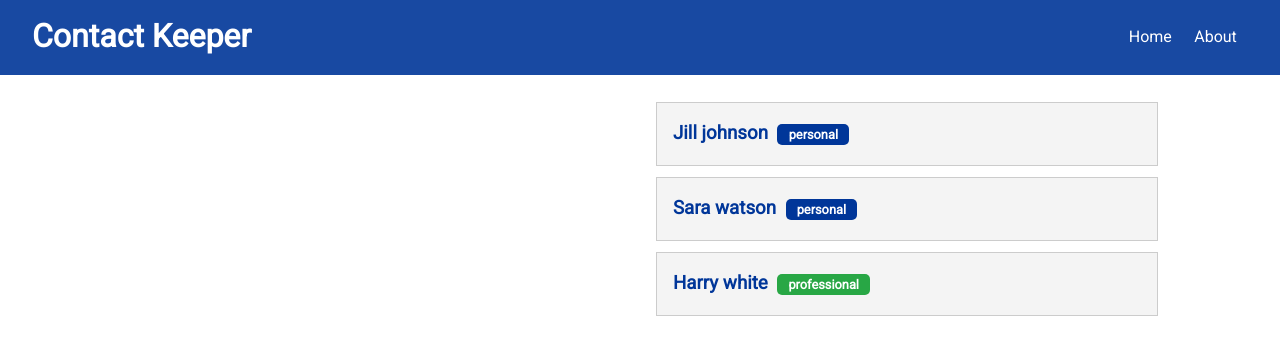
Repository: Izzazkhan/ContactStorage
Page: / (app in client/)
An editor plug-in stored every save of this project. The page is shown before and after the next save, followed by the edit.
The browser window is 1280 px wide. The pictures show the whole page.
The project was rebuilt for these pictures with package versions that can differ from the ones it lists, and the page was loaded fresh each time. A package was used in the major version that the imports need, not the one package.json lists. Also part of the build but not shown: client/src/components/pages/About.js.

Above is the page before, as saved 2020-01-21 09:28:24.

### client/public/index.html
<!DOCTYPE html>
<html lang="en">
  <head>
    <meta charset="utf-8" />
    <link rel="icon" href="%PUBLIC_URL%/favicon.ico" />
    <meta name="viewport" content="width=device-width, initial-scale=1" />
    <meta name="theme-color" content="#000000" />
    <meta
      name="description"
      content="Web site created using create-react-app"
    />
    <link rel="apple-touch-icon" href="%PUBLIC_URL%/logo192.png" />
    <link rel="manifest" href="%PUBLIC_URL%/manifest.json" />
    <title>ContactKeeper | Keep track of your contacts</title>
  </head>
  <body>
    <noscript>You need to enable JavaScript to run this app.</noscript>
    <div id="root"></div>
  </body>
</html>

### client/src/App.js
import React, {Fragment} from 'react';
import {BrowserRouter as Router, Route, Switch} from 'react-router-dom'
import Navbar from './components/layout/Navbar'
import Home from './components/pages/Home'
import About from './components/pages/About'

import ContactState from './context/contact/ContactState'
import './App.css';

const App = () => {
  return (
    <ContactState>
      <Router>
        <Fragment>
        <Navbar />
          <div className="container">
            <Switch>
              <Route exact path='/' component={Home} />
              <Route exact path='/about' component={About} />
            </Switch>
          </div>
        </Fragment>
      </Router>
    </ContactState>
  );
}

export default App;

### client/src/components/layout/Navbar.js
import React from 'react'
import PropTypes from 'prop-types';
import {Link} from 'react-router-dom'
const Navbar = ({ title, icon }) => {
    return (
        <div className="navbar bg-primary">
            <h1>
                <i className={icon} /> {title}
            </h1>
            <ul>
                <li>
                    <Link to='/'>Home</Link>
                </li>
                <li>
                    <Link to='/about'>About</Link>
                </li>
            </ul>
        </div>
    )
}

Navbar.propTypes = {
    title: PropTypes.string.isRequired,
    icon: PropTypes.string,
}

Navbar.defaultProps = {
    title: 'Contact Keeper',
    icon: 'fas fa-id-card-alt'
}
export default Navbar

### client/src/components/pages/Home.js
import React from 'react'
import Contacts from '../contacts/Contacts'

export const Home = () => {
    return (
        <div className="grid-2">
            <div>
                {/* ContactForm */}
            </div>
            <div>
                <Contacts />
            </div>
        </div>
    )
}
export default Home

### client/src/context/contact/ContactState.js
import React, {useReducer} from 'react'
import uuid from 'uuid'
import ContactContext from './contactContext'
import contactReducer from './contactReducer'
import {
    ADD_CONTACT,
    DELETE_CONTACT,
    SET_CURRENT,
    CLEAR_CURRENT,
    UPDATE_CONTACT,
    FILTER_CONTACTS,
    CLEAR_FILTER
} from '../types'

const ContactState = props => {
    const initialState = {
        contacts: [
            {
                id: 1,
                name: 'Jill johnson',
                email: 'jill@gmail.com',
                phone: '111-111-1111',
                type: 'personal'
            },
            {
                id: 2,
                name: 'Sara watson',
                email: 'sara@gmail.com',
                phone: '222-222-2222',
                type: 'personal'
            },
            {
                id: 3,
                name: 'Harry white',
                email: 'harry@gmail.com',
                phone: '333-333-3333',
                type: 'professional'
            }
        ]
    }

    const [state, dispatch] = useReducer(contactReducer, initialState)

    return (
        <ContactContext.Provider
        value={{
            contacts: state.contacts
        }}>
            {props.children}
        </ContactContext.Provider>
    )
}

export default ContactState

### client/src/components/contacts/Contacts.js
import React, {Fragment, useContext} from 'react'
import ContactItem from './ContactItem'
import ContactContext from '../../context/contact/contactContext'
const Contacts = () => {
    const contactContext = useContext(ContactContext);

    const {contacts} = contactContext
    return (
        <Fragment>
            {contacts.map(contact => <ContactItem key={contact.id} contact={contact} />
            )}
        </Fragment>
    )
}
export default Contacts

### client/src/context/contact/contactContext.js
import {createContext } from 'react'

const contactContext = createContext()

export default contactContext

### client/src/context/types.js
export const ADD_CONTACT = 'ADD_CONTACT'
export const DELETE_CONTACT = 'DELETE_CONTACT'
export const SET_CURRENT = 'SET_CURRENT'
export const CLEAR_CURRENT = 'CLEAR_CURRENT'
export const UPDATE_CONTACT = 'UPDATE_CONTACT'
export const CLEAR_FILTER = 'CLEAR_FILTER'
export const FILTER_CONTACTS = 'FILTER_CONTACTS'
export const SET_ALERT = 'SET_ALERT'
export const REMOVE_ALERT = 'REMOVE_ALERT'

### client/src/components/contacts/ContactItem.js
import React from 'react'

export const ContactItem = ({contact}) => {
    const {id, name, email, phone, type} = contact;

    return (
        <div className='card bg-light'>
            <h3 className="text-primary text-left">
                {name}{' '} <span className={'badge ' + (type === 'professional' ?
                    'badge-success' : 'badge-primary')}>{type}</span>
            </h3>
        </div>
    )
}

export default ContactItem

Loaded but not shown: client/src/index.js (common file); client/src/App.css (common file); client/src/context/contact/contactReducer.js (no stored copy; drawn as an empty file)

After the next save:
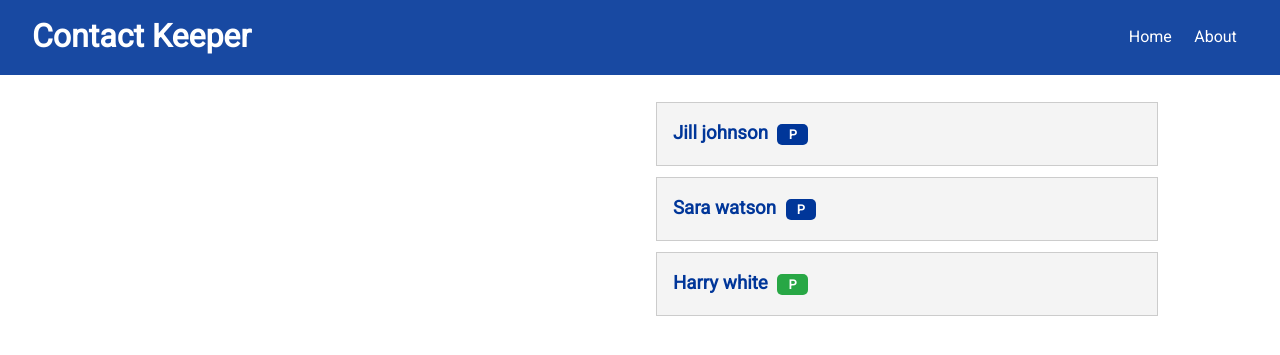
Saved 78 s later.
--- a/client/src/components/contacts/ContactItem.js
+++ b/client/src/components/contacts/ContactItem.js
@@ -7,7 +7,7 @@ export const ContactItem = ({contact}) => {
         <div className='card bg-light'>
             <h3 className="text-primary text-left">
                 {name}{' '} <span className={'badge ' + (type === 'professional' ?
-                    'badge-success' : 'badge-primary')}>{type}</span>
+                    'badge-success' : 'badge-primary')}>{type.charAt(0).toUpperCase()}</span>
             </h3>
         </div>
     )
